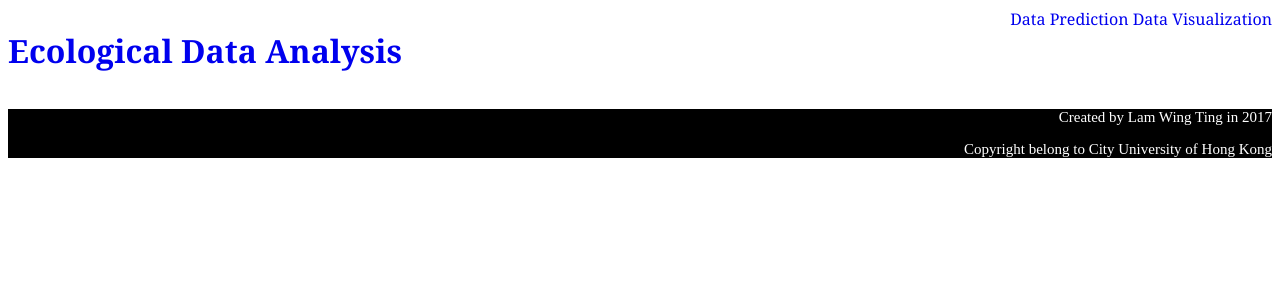
Repository: JenniferLam/FYP
Page: WebAppDev/FYP_webapp/WebContent/prediction/dataPred.html
An editor plug-in stored every save of this project. The page is shown before and after the next save, followed by the edit.
The browser window is 1280 px wide. The pictures show the whole page.

Above is the page before, as saved 2018-02-01 14:44:58.

After the next save:
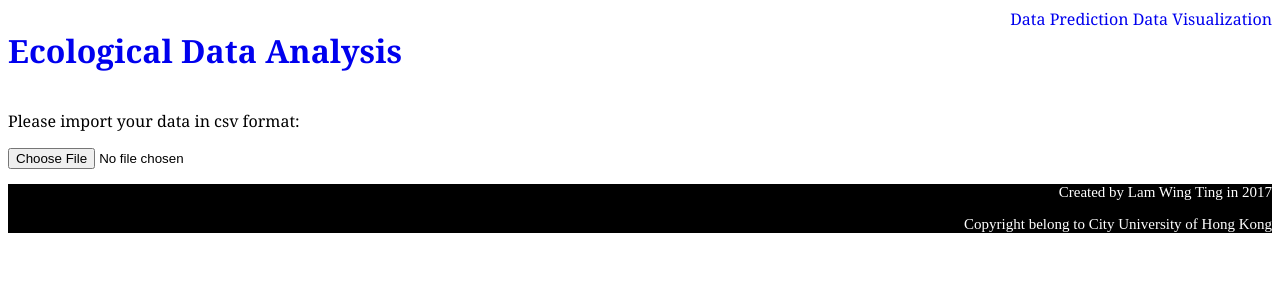
Saved 7 min 2 s later.
--- a/WebAppDev/FYP_webapp/WebContent/prediction/dataPred.html
+++ b/WebAppDev/FYP_webapp/WebContent/prediction/dataPred.html
@@ -18,7 +18,14 @@
 			<a href="../visualization/dataVisual.html">Data Visualization</a>
 		</div>
 	</div>
+<div id="container">
+<p>Please import your data in csv format:</p>
+<input type="file" name="uploadFile">
 
+<form>
+
+</form>
+</div>
 
 
 	<div id="footer">
